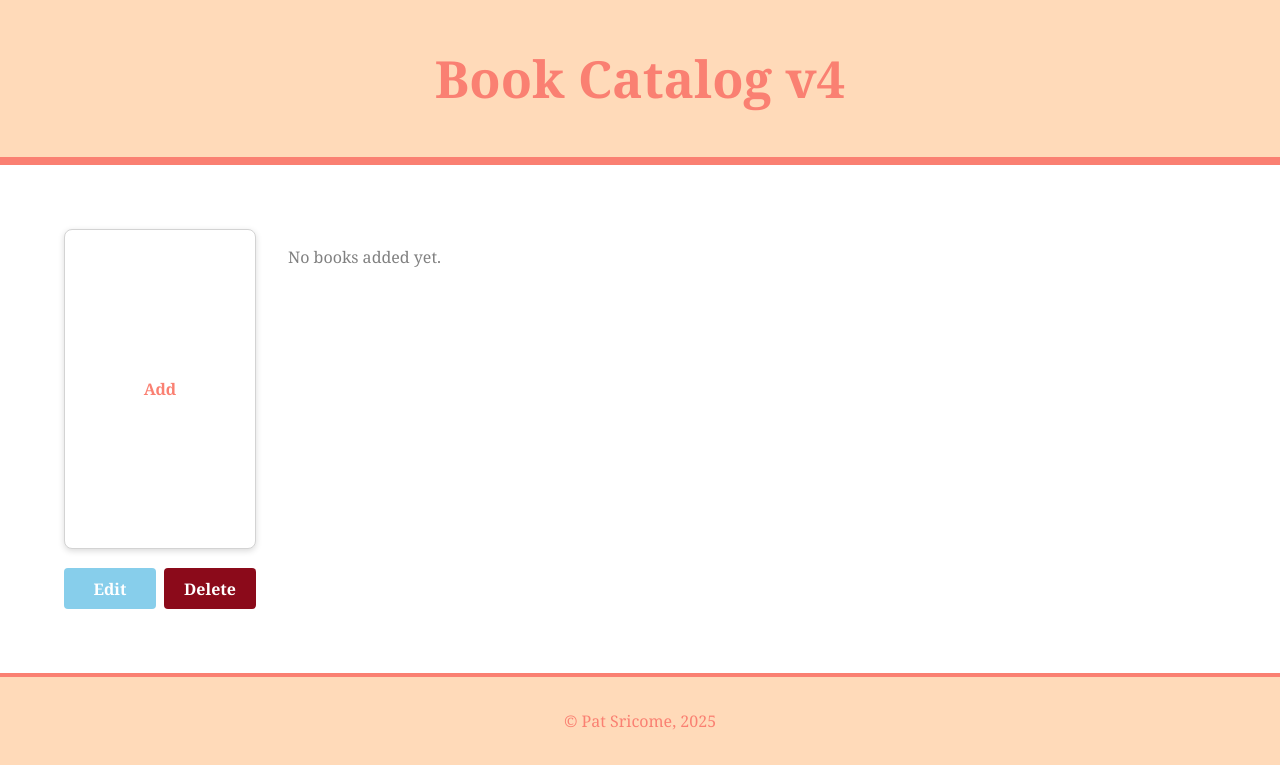
Repository: patcha-d3/book-catalog-v5
Page: /
The author's editor kept a copy of each file at every save. The page is drawn from the files as they stood at one save, then again after the next save.
The browser window is 1280 px wide. The pictures show the whole page.
The project was rebuilt for these pictures with package versions that can differ from the ones it lists, and the page was loaded fresh each time. Also part of the build but not shown: vite.config.js, src/book.jsx.

Above is the page before, as saved 2025-10-14 20:38:15.

After the next save:
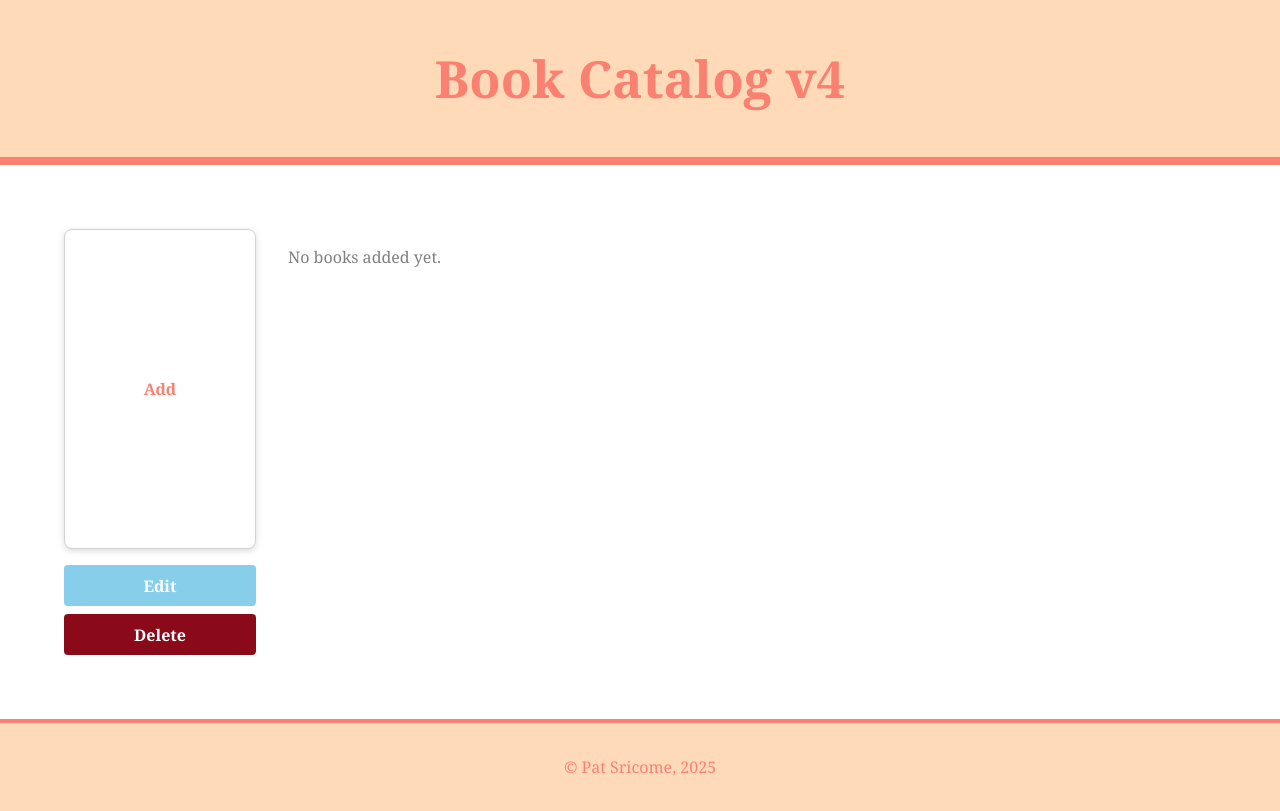
Saved 24 s later.
--- a/src/App.css
+++ b/src/App.css
@@ -61,9 +61,10 @@ body {
 
 .action-buttons {
   display: flex;
-  flex-direction: row;
-  gap: 0.5em;
-  margin-top: 1.2em;
+  flex-direction: column; /* ✅ วางแนวตั้งแทนแนวนอน */
+  gap: 0.5em; /* ระยะห่างระหว่างปุ่ม */
+  margin-top: 1em;
+  width: 100%; /* ให้ปุ่มกว้างเท่ากันทั้งคอลัมน์ */
 }
 
 .button-add,
